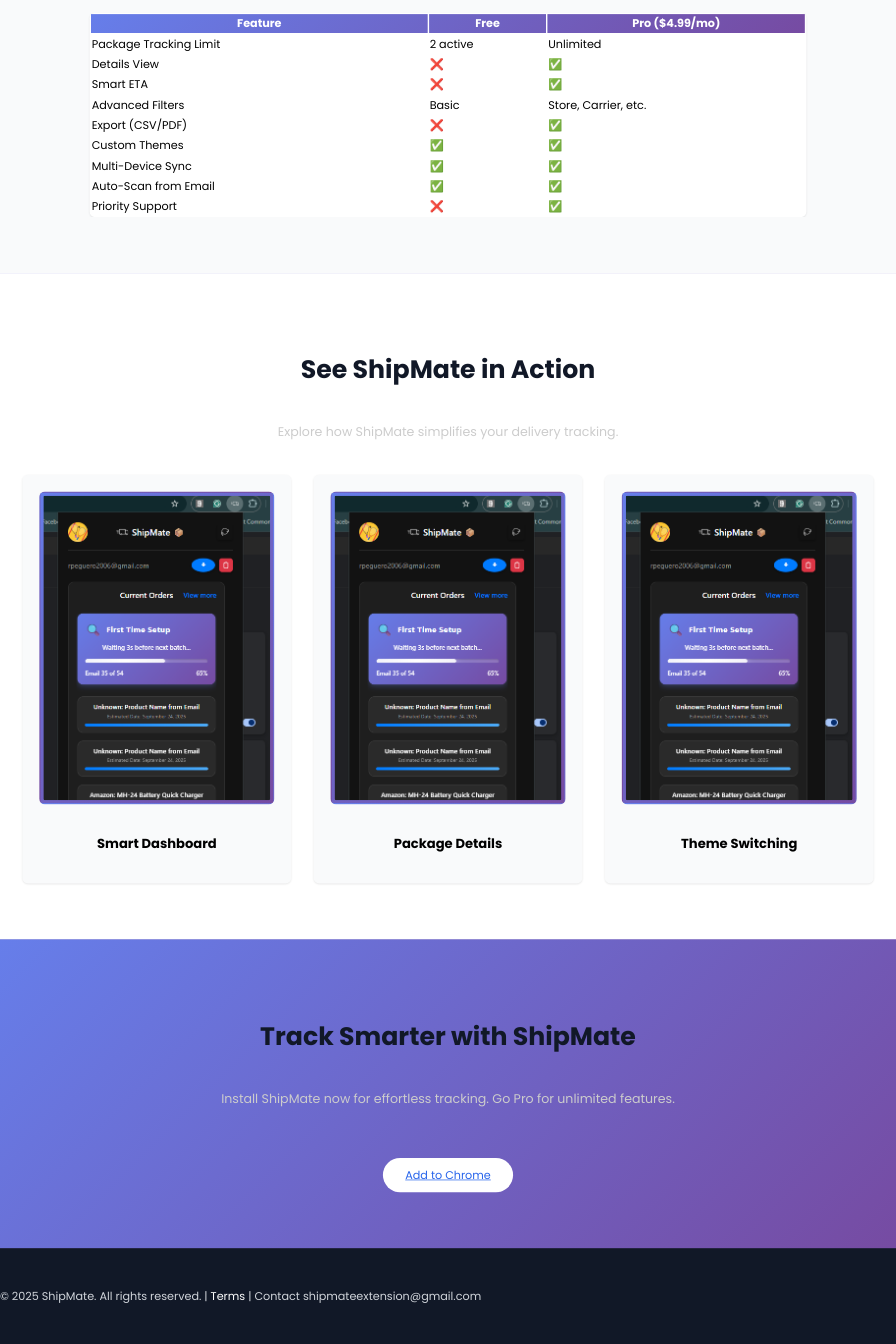
Repository: epeguero8311/shipmate-website
Page: index.html
These files come from the project's save history. The page is drawn as it stood at one moment and after the next save; the edit follows.
The browser window is 1280 px wide. The pictures show the part of the page from y = 1203 to 3123 px (the page is 3123 px tall before and 3078 px after), at 70% of full size.

Above is the page before, as saved 2025-10-26 20:04:00.

After the next save:
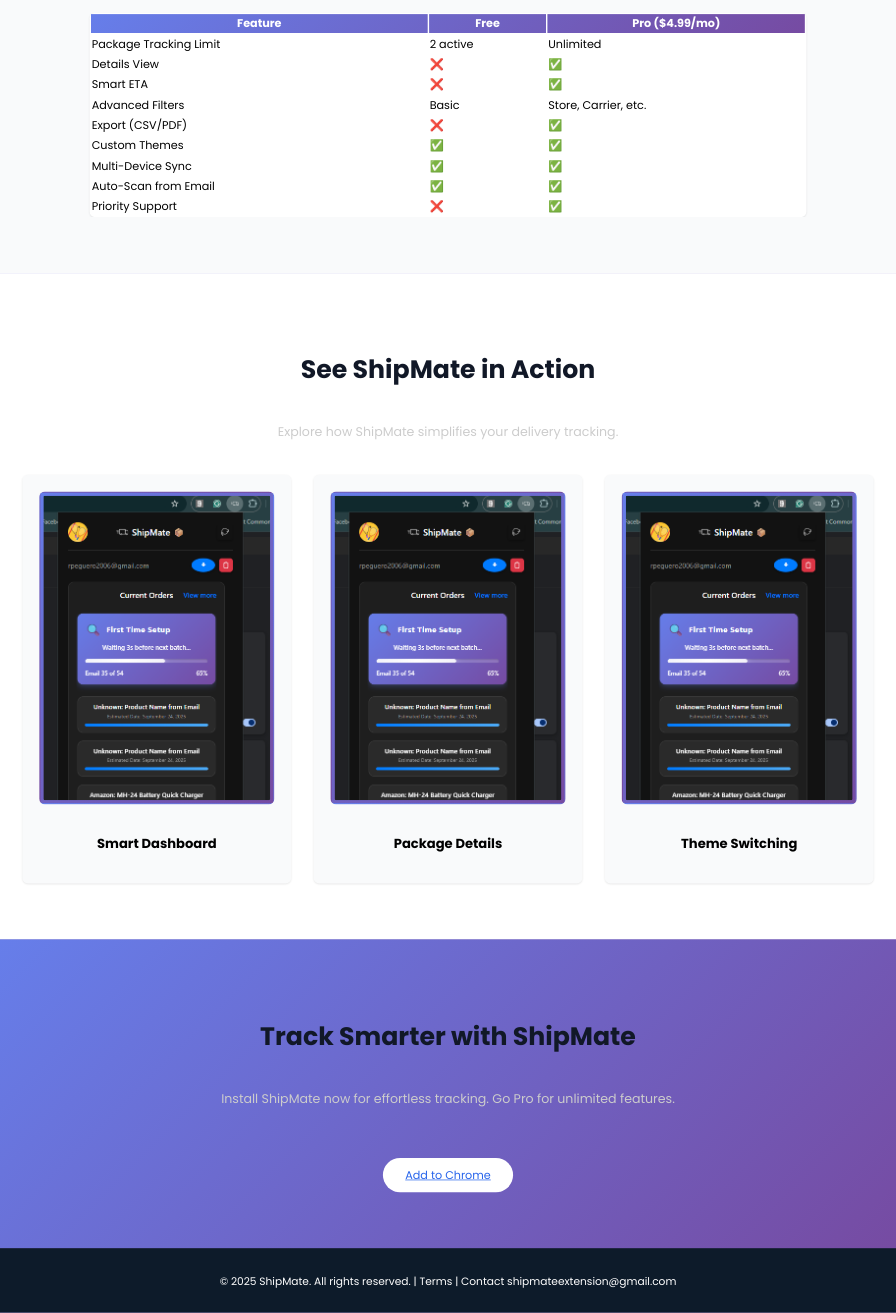
Saved 58 s later.
--- a/styles.css
+++ b/styles.css
@@ -277,9 +277,11 @@
 }
 
 .footer {
-  padding: 2.5rem 0;
-  background-color: #111827;
-  color: #D1D5DB;
+  background: #0d1b2a; /* dark navy or match your brand color */
+  color: white;
+  text-align: center;
+  padding: 1.2rem 0;
+  font-size: 0.95rem;
 }
 
 .footer-container {

After the 3 saves that followed:
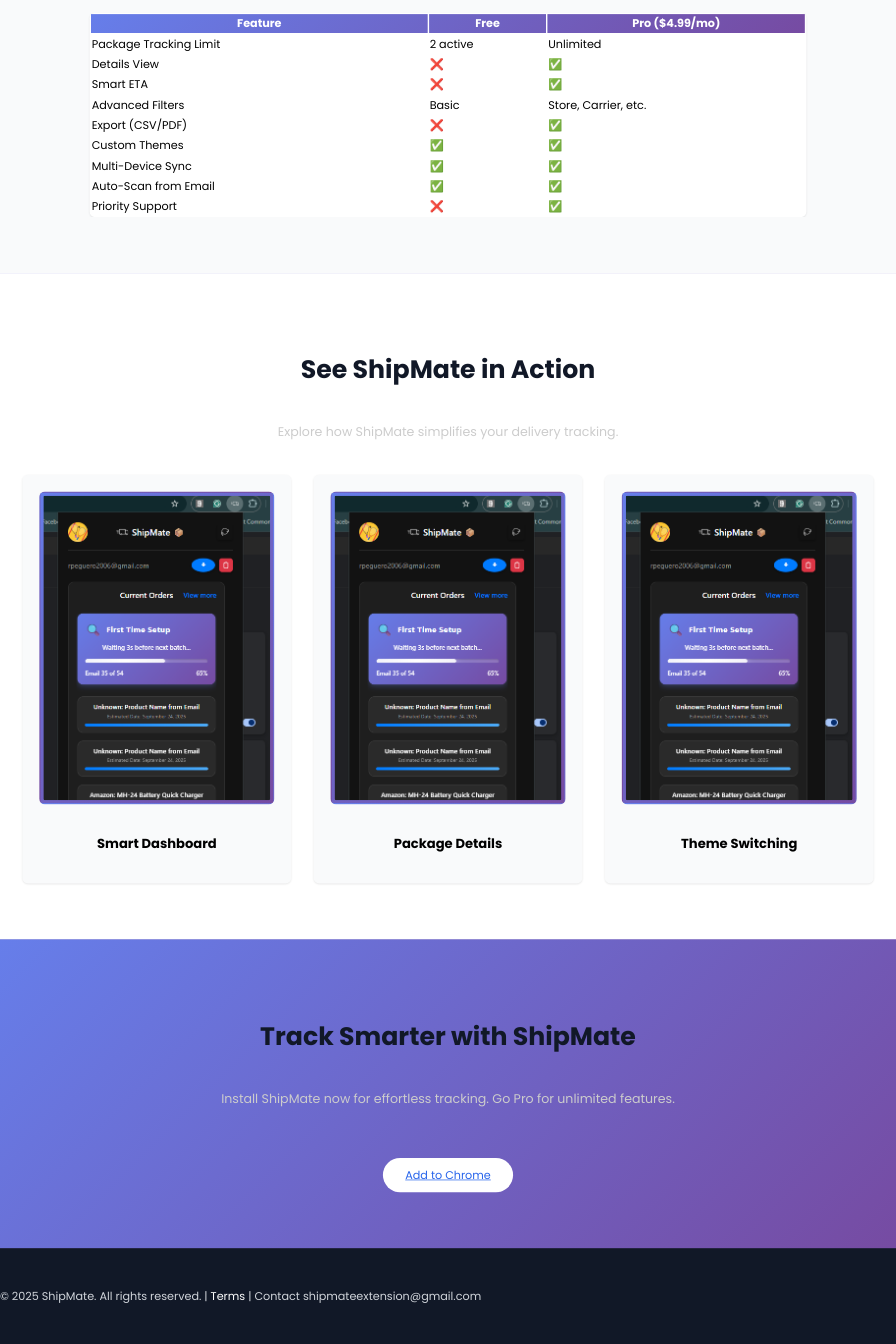
The 3 saves are shown as one change because 1 left the picture as it was and some came seconds apart.
The last was saved 30 s later.
--- a/styles.css
+++ b/styles.css
@@ -277,11 +277,9 @@
 }
 
 .footer {
-  background: #0d1b2a; /* dark navy or match your brand color */
-  color: white;
-  text-align: center;
-  padding: 1.2rem 0;
-  font-size: 0.95rem;
+  padding: 2.5rem 0;
+  background-color: #111827;
+  color: #D1D5DB;
 }
 
 .footer-container {
@@ -293,18 +291,10 @@
 .footer-link {
   margin-top: 0.5rem;
 }
-
 .footer a {
   color: white;
   text-decoration: none;
 }
-
-.footer a:hover,
-.footer a:visited,
-.footer a:active {
-  color: white;
-}
-
 .link {
   text-decoration: underline;
   color: #D1D5DB;
